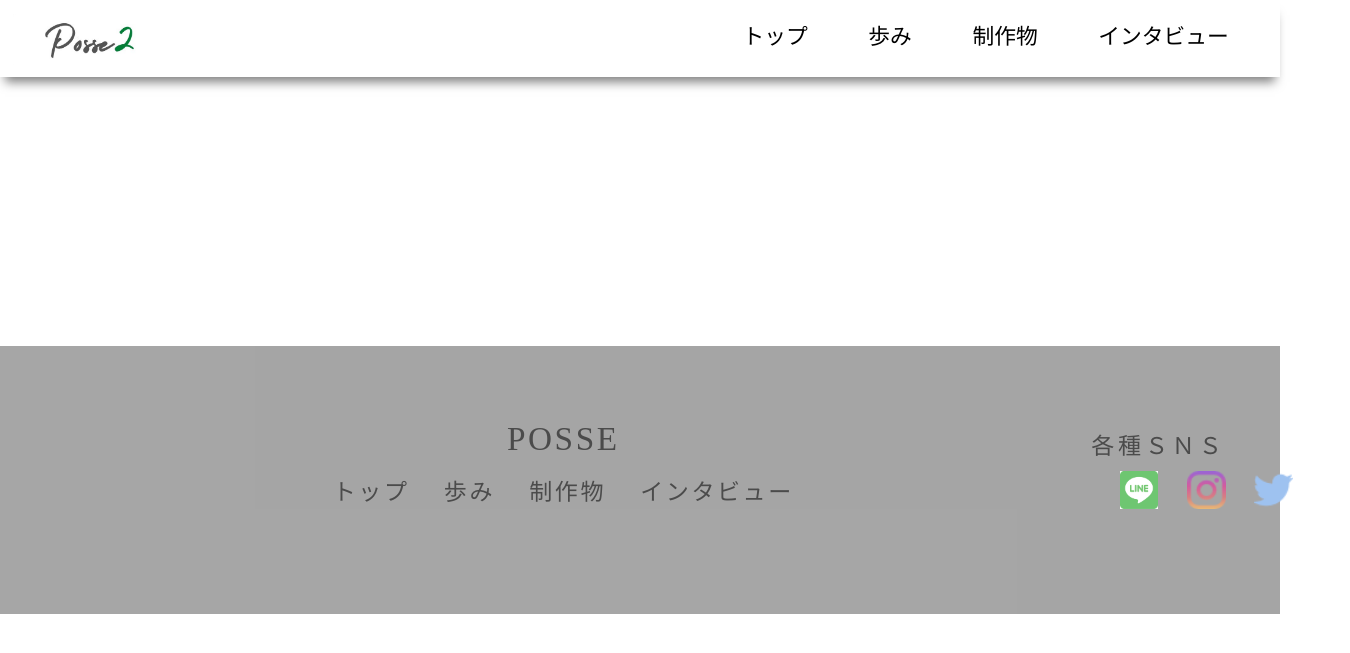
Repository: posse-ap/posse2-hackathon-202202-team2A
Page: topPage/index.html
These files come from the project's save history. The page is drawn as it stood at one moment and after the next save; the edit follows.
The browser window is 1280 px wide. The page is 1350 px wide, then 1280 px, so the pictures cover 1350 px, including what lies to the right of the window. The pictures show the whole page.

Above is the page before, as saved 2022-02-15 02:46:21.

### topPage/index.html
<!DOCTYPE html>
<html lang="en">

<head>
    <meta charset="UTF-8" />
    <meta http-equiv="X-UA-Compatible" content="IE=edge" />
    <meta name="viewport" content="width=device-width, initial-scale=1.0" />
    <title>Document</title>
    <link rel="stylesheet" href="/reset.css" />
    <link rel="stylesheet" href="/topPage/style.css" />
</head>

<body>
    <!-- <header id="header" class="header">
        <div class="header_content">
            <div class="header_title">
                <img src="/topPage images/S__31211608.jpg" alt="" class="header_title_img">
            </div>
            <div class="header_links">
                <ul>
                    <li><a href="">トップページ</a></li>
                    <li><a href="">活動記録</a></li>
                    <li><a href="">日常の記録</a></li>
                    <li><a href="">保護者の方へ</a></li>
                </ul>
            </div>
        </div>
    </header> -->

    <header id="header" class="header">
        <div class="header_content">
            <div class="header_title">
                <img src="/topPage images/S__31211608.jpg" alt="" class="header_title_img">
            </div>
            <!-- ①サイトタイトル -->
            <div class="nav-wrapper header_links">
                <!-- ②ナビゲーションメニュー -->
                <nav class="header-nav">
                    <ul class="nav-list">
                        <li class="nav-item">
                            <a href="">トップ</a>
                        </li>
                        <li class="nav-item">
                            <a href="">歩み</a>
                        </li>
                        <li class="nav-item">
                            <a href="">制作物</a>
                        </li>
                        <li class="nav-item">
                            <a href="">インタビュー</a>
                        </li>
                    </ul>
                </nav>
            </div>
            <button class="burger-btn">
                <!-- ③ハンバーガーボタン -->
                <span class="bar bar_top"></span>
                <span class="bar bar_mid"></span>
                <span class="bar bar_bottom"></span>
            </button>
        </div>
    </header>



    <footer class="footer">
        <div class='footer_box'>
            <div class="footer_box1">
                <div class='footer_official_box'>
                    <label for="logo"><p>POSSE</p></label>
                    <!-- <a id='logo'  href="https://posse.anti-pattern.co.jp/"><img class='posse_logo_footer' src="img\posseLogo.png" alt="ポッセロゴ"></a> -->
                </div>
                <div class='footer_other_box'>
                    <div class='footer_page_in_site'>
                        <a href="">トップ</a>
                        <a href="">歩み</a>
                        <a href="">制作物</a>
                        <a href="">インタビュー</a>
                    </div>
                </div>
            </div>
            <div class='SNS'>
                <p>各種ＳＮＳ</p>
                <div class='SNS_box'>
                    <a href=""><img src="/topPage images/LINE.png" alt=""></a>
                    <a href="https://instagram.com/posse_programming?utm_medium=copy_link"><img src="/topPage images/instagram2.png" alt="instagram"></a>
                    <a href="https://twitter.com/posse_program?s=20"><img src="/topPage images/twitter2.png" alt="twitter"></a>
                </div>
            </div>
        </div>
    </footer>

    <script src="https://ajax.googleapis.com/ajax/libs/jquery/3.6.0/jquery.min.js"></script>
    <script src="/topPage/script.js"></script>
</body>

</html>

### topPage/style.css
html {
    font-size: 1vw;
}

body {
    text-align: center;
    margin: 0 auto;
    font-family: "ヒラギノ丸ゴ Pro W4", "ヒラギノ丸ゴ Pro", "Hiragino Maru Gothic Pro", "ヒラギノ角ゴ Pro W3", "Hiragino Kaku Gothic Pro", "HG丸ｺﾞｼｯｸM-PRO", "HGMaruGothicMPRO";
}

.header_content {
    width: 95%;
    height: 90%;
    display: flex;
    justify-content: space-between;
    opacity: 1;
    margin: 0 6rem 0.3rem 1rem;
}

.header_title {
    display: flex;
}

.header_title_img {
    display: block;
    width: 12rem;
    height: 4rem;
    opacity: 1;
}



.header_links {
    width: 40%;
    padding: 1rem 0 0 0;
}

.header_links ul {
    display: flex;
    justify-content: space-between;
}

.header_links li a {
    display: block;
    color: black;
    text-decoration: none;
    font-size: 1.7rem;
}

.header_links li a:hover {
    opacity: 0.4;
    transform: translate(0, -5px);
}


.header {
    width: 100%;
    height: 6rem;
    background: white;
    position: fixed;
    top: 0;
    left: 0;
    padding-top: 1.1rem;
    box-sizing: border-box;
    z-index: 5;
    box-shadow: 0px 10px 10px -5px rgba(0, 0, 0, 0.5);
}

.SNS_box{
    width: 150%;
}


/* -------------------- */
/* header
  /* -------------------- */
/* .header {
    align-items: center;
    background-color: #1b1310;
    border-bottom: 1px solid #fff;
    color: #fff;
    display: flex;
    height: 74px;
    justify-content: space-between;
    padding: 0 120px;
} */

/* .nav-list {

    display: flex;
} */

/* .nav-item {

    margin-right: 55px;
} */

.burger-btn {
    display: none;
}

/* ------------------ */
/* fv
  /* ------------------ */
.fv {
    align-items: center;
    background-color: #141414;
    background-image: url(../img/fv-bgi@2x.jpg);
    background-position: center;
    background-size: cover;
    display: flex;
    flex-direction: column;
    height: 90vh;
    justify-content: center;
}

/* .main-copy {
    border: 2px solid #fff;
    color: #fff;
    font-size: 50px;
    font-weight: bold;
    padding: 34px 42px;
} */

/* ------------------ */
/* about
  /* ------------------ */
.section-title {
    font-size: 36px;
    font-weight: bold;
    letter-spacing: .05em;
    margin-bottom: 70px;
    text-align: center;
}

h3 {
    font-size: 2.4rem;
    font-weight: bold;
    letter-spacing: .1em;
    line-height: 2;
    margin-bottom: 40px;
}

.section-wrapper {
    padding: 100px 10% 50px;
}

@media screen and (min-width:541px) and (max-width:1024px) {
    .header{
        height: 10rem;
    }

    .header_content{
        padding-top: 2rem;
    }

    .header_title_img{
        width: 100%;
        height: 70%;
    }

    .header_links li a{
        font-size: 2.7rem;
        margin-top: 0;
    }

    .header_links{
        width: 50%;
    }
}

@media screen and (max-width:540px) {

    /* ----------------------- */
    /* base_sp
    /* ----------------------- */
    /* デフォルトのbuttonスタイルをリセット */
    button {
        -webkit-appearance: none;
        -moz-appearance: none;
        appearance: none;
        background: transparent;
        border: 0;
        border-radius: 0;
        color: inherit;
        cursor: pointer;
        font: inherit;
        margin: 0;
        outline: none;
        padding: 0;
        vertical-align: middle;
    }

    /* ------------------ */
    /* humberger-menu */
    /* ------------------ */
    .header {
        padding: 0;
        height: 15rem;
    }

    .header_title_img{
        margin-top: 2rem;
        width: 30rem;
        height: 10rem;
    }

    /* 以下、ハンバーガーボタン */
    .burger-btn {
        display: block;
        height: 22%;
        position: relative;
        width: 20%;
        z-index: 3;
        /* codepenの挙動のため */
        background-color: transparent;
        border: none;
        margin-top: 6rem;
    }



    .bar {
        background-color: black;
        display: block;
        height: 0.1rem;
        left: 50%;
        position: absolute;
        transform: translateX(-50%);
        width: 7rem;
    }

    .bar_top {
        top: 3rem;
    }

    .bar_mid {
        top: 50%;
        transform: translate(-50%, -50%);
    }

    .bar_bottom {
        bottom: 3rem;
    }

    .burger-btn.close{
        margin-top: 8.4rem;
    }

    .burger-btn.close .bar_top {
        transform: translate(-50%,-4.3rem) rotate(45deg);
        transition: transform .3s;
    }

    .burger-btn.close .bar_mid {
        opacity: 0;
        transition: opacity .3s;
    }

    .burger-btn.close .bar_bottom {
        transform: translate(-50%, -1rem) rotate(-45deg);
        transition: transform .3s;
    }

    /* スクロール制御 */
    .noscroll {
        overflow: hidden;
    }

    /* 以下、ハンバーガーメニュー */
    .nav-wrapper {
        visibility: hidden;
        height: 100vh;
        left: 0;
        position: fixed;
        top: 0;
        width: 100vw;
        opacity: 0;
        transition: opacity .5s;
        z-index: 2;
        /*キービジュアルと.btn_triggerとの重なりの前後関係を調整*/
    }

    .header-nav {
        background-color: white;
        height: 100%;
        width: 100%;
        z-index: 2;
    }

    .header_links ul{
        display: block;
    }

    .nav-list {
        display: block;
        left: 50%;
        position: absolute;
        text-align: center;
        top: 50%;
        transform: translate(-50%, -50%);
    }

    .nav-item {
        margin-bottom: 40px;
        margin-right: 0;
    }

    .header_links li a{
        font-size: 5rem;
    }

    /* メニューオープン時 */
    .nav-wrapper.fade {
        opacity: 1;
        visibility: visible;
    }

    /* ------------------ */
    /* fv */
    /* ------------------ */
    .main-copy {
        font-size: 30px;
    }

    /* ------------------ */
    /* about */
    /* ------------------ */
    h3 {
        font-size: 20px;
        margin-bottom: 30px;
    }

    .section-wrapper {
        padding: 100px 5% 50px;
    }
}

/* ふったー */
.footer {
    background-color: grey;
    opacity: 0.7;
}

.footer_box {
    width: 75%;
    height: 15rem;
    display: flex;
    justify-content: space-between;
    padding: 6rem 0 0 0;
    position: relative;
    right: -23%;
    margin-top: 27rem;
}

.footer_official_box label p {
    color: black;
    font-size: 2.6rem;
    letter-spacing: 0.2rem;
}

.footer_official_box label p:hover {
    opacity: 0.4;
    transform: translate(0, -5px);
}

.footer_page_in_site a {
    color: black;
    text-decoration: none;
    font-size: 1.8rem;
    letter-spacing: 0.2rem;
}

.footer_page_in_site a:hover {
    opacity: 0.4;
    transform: translate(0, -5px);
}

.SNS {
    width: 20%;
}

.SNS_box a {
    margin: 1rem;
}

.SNS_box a img {
    width: 3rem;
    height: 3rem;
}

.SNS_box a :hover {
    opacity: 0.4;
    transform: translate(0, -5px);
}

.SNS p {
    color: black;
    font-size: 1.8rem;
    margin: 1rem 0;
    letter-spacing: 0.3rem;
}

/* .SNS p:hover {
    opacity: 0.4;
    transform: translate(0, -5px);
} */

.posse_logo_footer {
    width: 80%;
    height: 40%;
}

.footer_other_box {
    font-size: 1.5rem;
    letter-spacing: 0.3rem;
    margin: 2rem;
}

.footer_page_in_site a {
    margin: 0 1rem;
}

@media screen and (min-width:541px) and (max-width:1024px) {
    .footer{
        height: 30rem;
    }

    .footer_official_box label p{
        font-size: 7rem;
    }

    .SNS p{
        display: block;
        margin: 3rem auto;
        font-size: 3rem;
        white-space: nowrap
    }

    .footer_page_in_site a{
        font-size: 3rem;
    }

    .footer_box{
        display: block;
        right: -13%;
    }

    .SNS{
        margin: 0 auto;
        width: 100%;
    }


    .footer_official_box label p{
        font-size: 4rem;
    }

    .SNS_box a img {
        width: 5rem;
        height: 5rem;
    }
}


@media screen and (max-width:540px) {
    .footer_box {
        display: block;
        height: 20rem;
        margin:  20rem 0;
        right: -5%;
        width: 90%;
    }

    .footer_official_box label p{
        font-size: 10rem;
    }

    .footer_page_in_site a{
        font-size: 5rem;
        display: block;
    }

    .footer_page_in_site{
        display: block;
        line-height: 7rem;
    }

    .footer{
        height: 70rem;
    }

    .SNS{
        margin: 0 auto;
        width: 100%;
    }

    .SNS p{
        display: block;
        width: 50rem;
        margin: 3rem auto;
        font-size: 7rem;
        white-space: nowrap
    }

    .SNS_box a img {
        width: 7rem;
        height: 7rem;
    }
}

### topPage/script.js
$('.burger-btn').on('click', function () {//.btn_triggerをクリックすると
    $('.burger-btn').toggleClass('close');//.btn_triggerにcloseクラスを付与(ボタンのアニメーション)
    $('.nav-wrapper').toggleClass('fade');//.nav-wrapperに
    $('body').toggleClass('noscroll');//bodyにnoscrollクラスを付与(スクロールを固定)
});

Loaded but not shown: reset.css (common file)

After the next save:
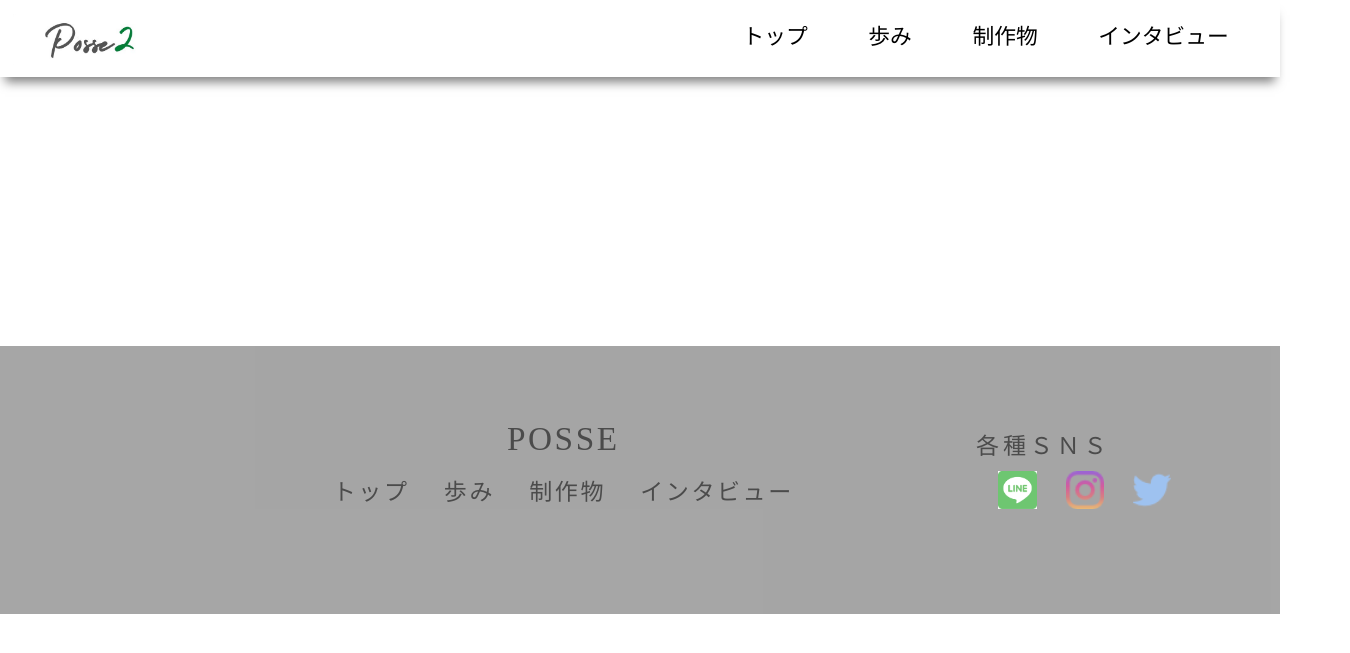
Saved 9 s later.
--- a/topPage/style.css
+++ b/topPage/style.css
@@ -343,7 +343,7 @@ h3 {
 }
 
 .footer_box {
-    width: 75%;
+    width: 65%;
     height: 15rem;
     display: flex;
     justify-content: space-between;
